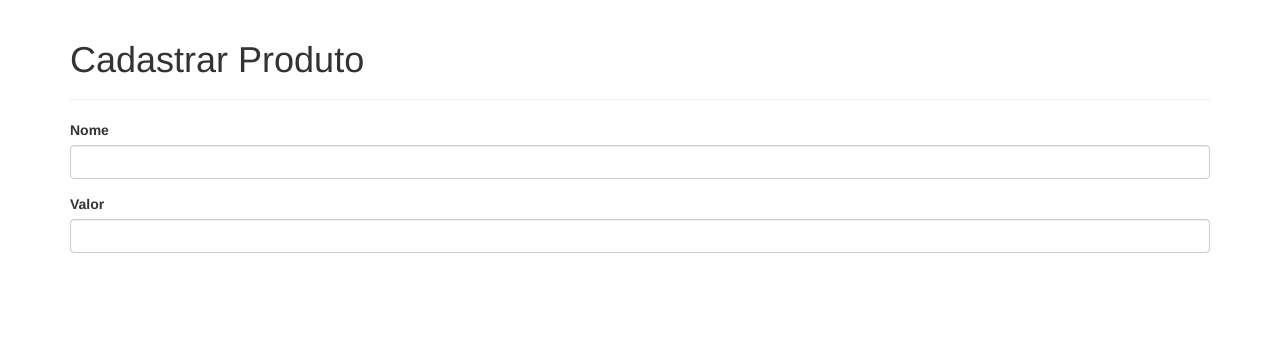
Repository: JulioCesarSF/Youtube
Page: http://localhost/JavaWeb/cadastrar.jsp
The author's editor kept a copy of each file at every save. The page is drawn from the files as they stood at one save, then again after the next save.
The browser window is 1280 px wide. The pictures show the whole page.
The page is served by Tomcat 9.

Above is the page before, as saved 2016-10-22 23:38:48.

After the next save:
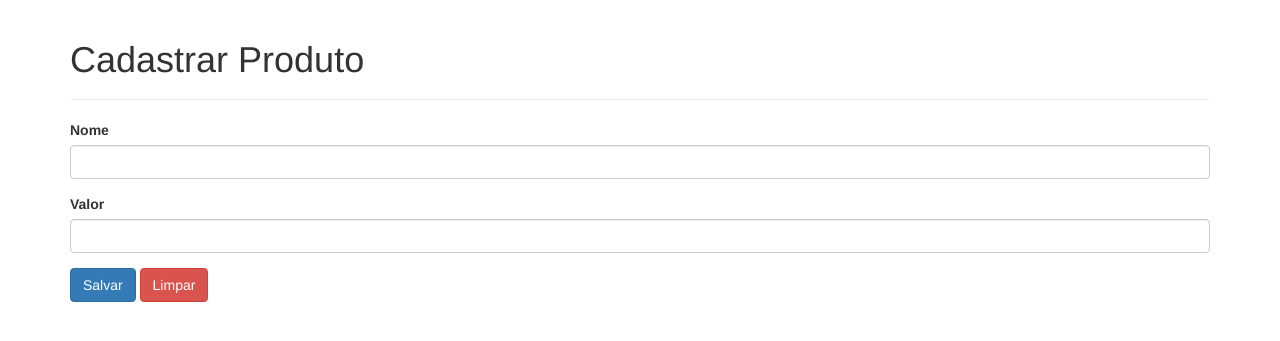
Saved 39 s later.
--- a/JavaWeb/JavaWeb/WebContent/cadastrar.jsp
+++ b/JavaWeb/JavaWeb/WebContent/cadastrar.jsp
@@ -33,6 +33,10 @@
 					<!-- não esquecer de colocar a propriedade name -->
 					<input type="number" step="0.10" id="idValor" name="valor" class="form-control">
 				</div>
+				<div class="form-group">
+					<input type="submit" value="Salvar" class="btn btn-primary">
+					<input type="reset" value="Limpar" class="btn btn-danger">
+				</div>
 			</form>
 
 		</div>
